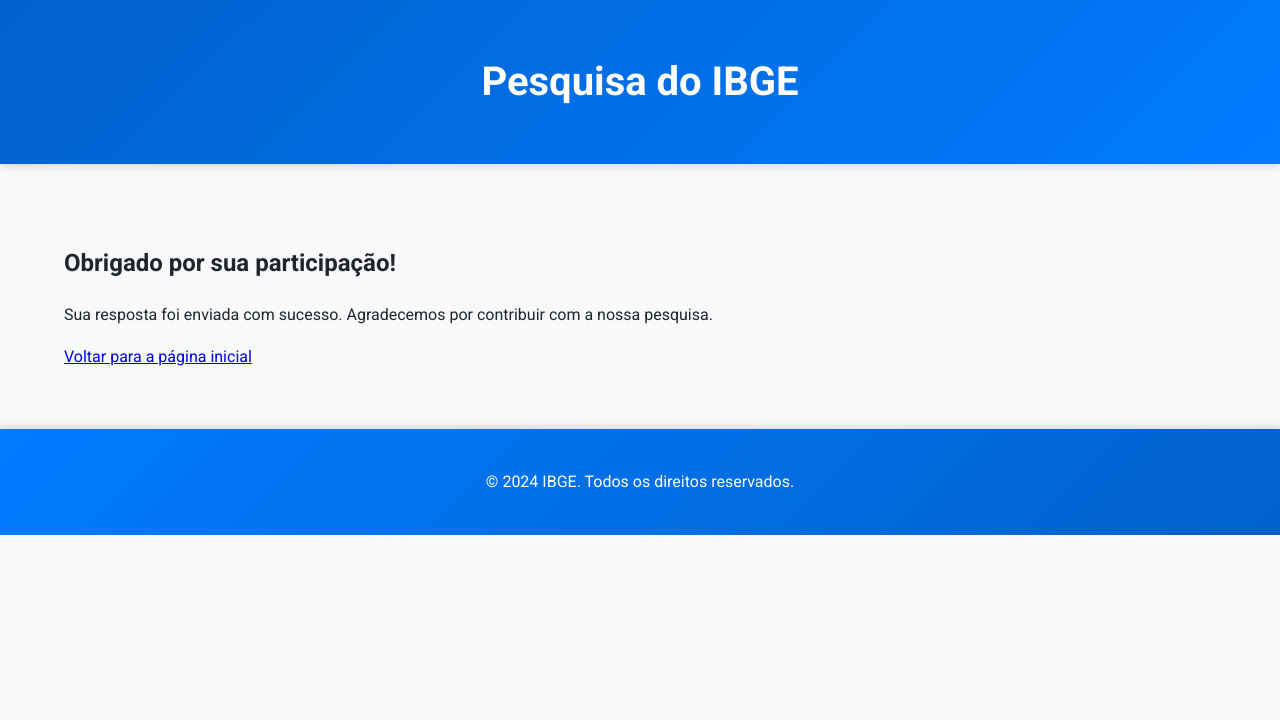
Repository: Gabrielb0rn/Projeto-Formul-rio.io
Page: agradecimento.html
An editor plug-in stored every save of this project. The page is shown before and after the next save, followed by the edit.
The browser window is 1280 px wide. The pictures show the whole page.

Above is the page before, as saved 2024-07-07 11:26:00.

After the next save:
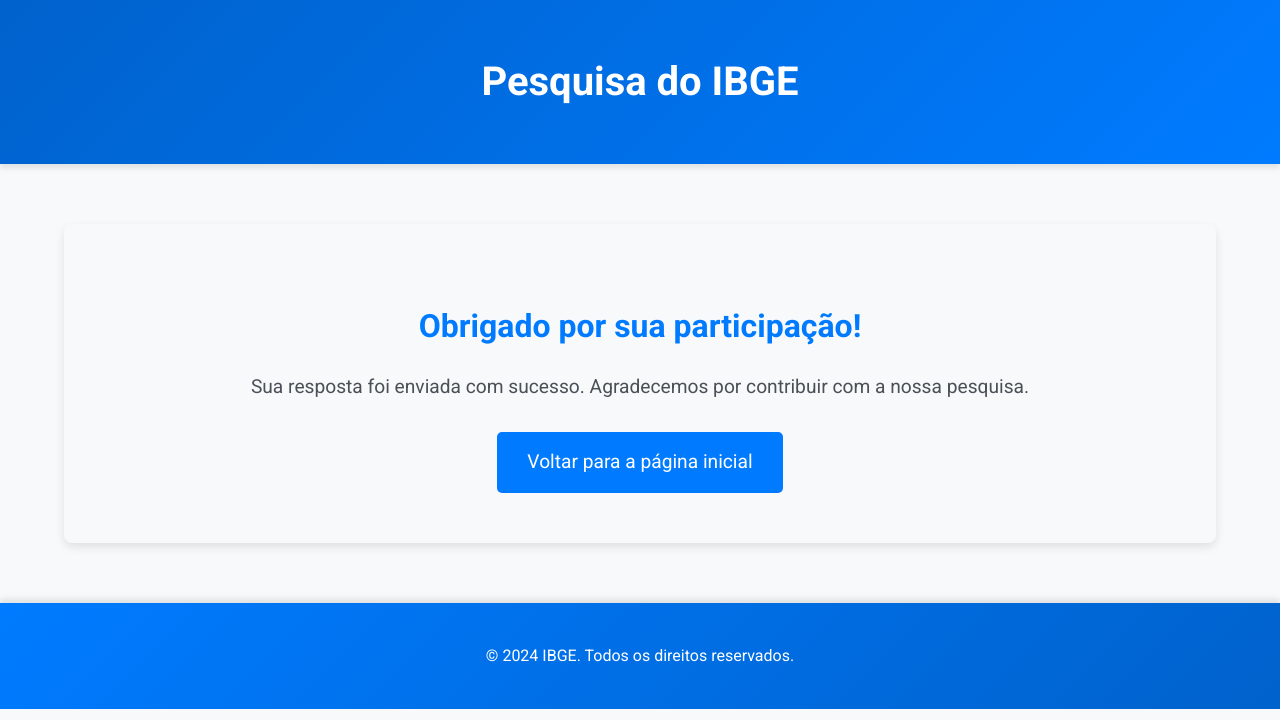
Saved 15 s later.
--- a/assets/style.css
+++ b/assets/style.css
@@ -257,3 +257,40 @@
         min-width: 100%;
     }
 }
+
+/* Agradecimento Styles */
+.agradecimento-mensagem {
+    text-align: center;
+    padding: 50px;
+    background: #f8f9fa;
+    border-radius: 8px;
+    box-shadow: 0 4px 10px rgba(0, 0, 0, 0.1);
+}
+
+.agradecimento-mensagem h2 {
+    font-size: 2em;
+    margin-bottom: 20px;
+    color: #007bff;
+}
+
+.agradecimento-mensagem p {
+    font-size: 1.2em;
+    margin-bottom: 30px;
+    color: #495057;
+}
+
+.botao-voltar {
+    display: inline-block;
+    padding: 15px 30px;
+    background-color: #007bff;
+    color: white;
+    border-radius: 5px;
+    text-decoration: none;
+    font-size: 1.2em;
+    transition: background-color 0.3s, transform 0.3s;
+}
+
+.botao-voltar:hover {
+    background-color: #0056b3;
+    transform: scale(1.05);
+}
